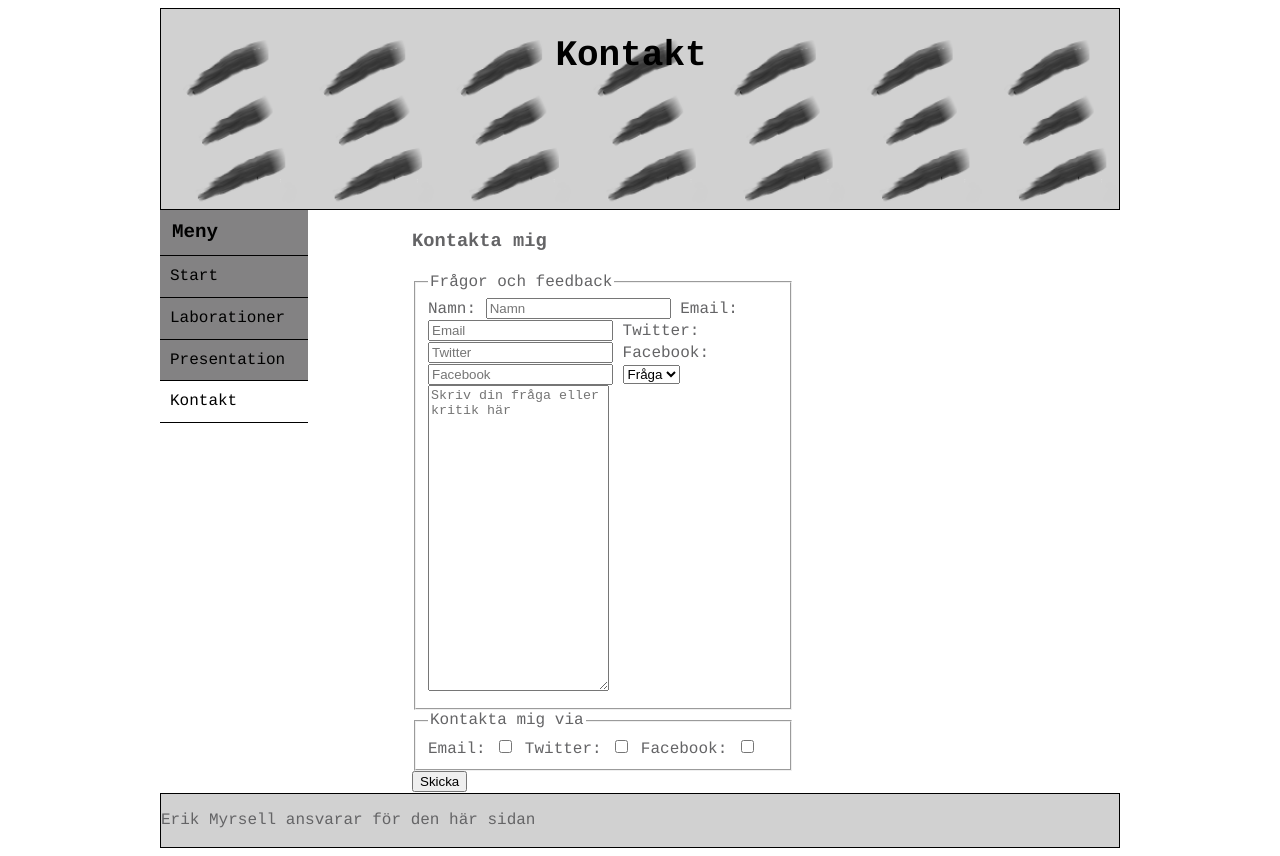
Repository: em222mt/1IK415_em222mt
Page: pages/kontakt.html
The author's editor kept a record of every edit. The page is drawn from the files as they stood at one moment, then again after the next edit.
The browser window is 1280 px wide. The pictures show the whole page.

Above is the page before.

### pages/kontakt.html
<!doctype html>
<html lang="sv">

<head>
     <meta charset="utf-8">
     <title>Kontakt</title>

     <link rel="stylesheet" href="../css/basic.css">
</head>

    <body>
        <div id="container">

            <div id="header">

            <h1 class="headertitle">Kontakt</h1>

            </div>

            <div id="navigation">

            <ul>
                <li>Meny</li>
                <li><a href="../index.html">Start</a></li>
                <li><a href="laborationer.html">Laborationer</a></li>
                <li><a href="presentation.html">Presentation</a></li>
                <li><a href="kontakt.html" class="active">Kontakt</a></li>
            </ul>

            </div>

            <div id="content">

            <div id="contact">

            <h3>Kontakta mig</h3>

            <!-- Formulär börjar här -->

            <form id="form" action="http://voyager.lnu.se/tekinet/kurser/dtt/wp_webbintro/form.php" method="post">
                <fieldset>
                    <legend id="formframe">Frågor och feedback</legend>

                        <label id="formname" for="namn">Namn:</label>
                        <input id="formname" placeholder="Namn" type="text" name="namn" id="namn" />

                        <label id="formemail"for="email">Email:</label>
                        <input id="formemail"placeholder="Email" type="text" name="email" id="email" />

                        <label id="formtwitter" for="twitter">Twitter:</label>
                        <input id="formtwitter"placeholder="Twitter" type="text" name="twitter" id="twitter" />

                        <label id="formfacebook" for="facebook">Facebook:</label>
                        <input id="formfacebook" placeholder="Facebook" type="text" name="facebook" id="facebook" />

                        <select id="formselector" name="fråga eller feedback">
                            <option value="Fråga" selected> Fråga </option>
                            <option value="Ris"> Ris </option>
                            <option value="Ros"> Ros </option>
                        </select>

                        <textarea id="formtext" for="textarea" cols="20" rows="20" placeholder="Skriv din fråga eller kritik här" type="text" name="textarea" id="textarea"></textarea>

               </fieldset>

               <fieldset>
                   <legend>Kontakta mig via</legend>

                        <label for="recepientemail">Email:</label>
                        <input type="checkbox" name="recepientemail" id="recepientemail" />
                        <label for="recepienttwitter">Twitter:</label>
                        <input type="checkbox" name="recepienttwitter" id="recepienttwitter" />
                        <label for="recepientfacebook">Facebook:</label>
                        <input type="checkbox" name="recepientfacebook" id="recepientfacebook" />

                </fieldset>

                <input id="formsubmit" type="submit" value="Skicka" />

            </form>

            </div>

            </div>

            <div id="footer">

                <p>Erik Myrsell ansvarar för den här sidan</p>

            </div>

        </div>

    </body>
</html>

### css/basic.css
/*
Background main: #FFFFFF
Background aside: #838283
Background header/footer: #D1D1D1
text-color: #646466
*/

/*Layout*/

a:link 	    { color: black; }
a:visited 	{ color: gray; }
a:focus 	{ color: #838283; }
a:hover	    { color: #6495ED; }
a:active 	{ color: #FFFFFF; }

/*Container*/

#container {
    max-width: 960px;
    overflow: auto;
    margin: 0 auto;
}

/*----------------------------------------*/

/*Header*/

#header {
    border-style: solid;
    border-width: 1px;
    width: 958px;
    background-color: #D1D1D1;
    background-image: url(../pics/Logo5.png);
    background-repeat: round;
    background-position: left;
    text-indent: 300px;
    height: 200px;
}

/*----------------------------------------*/

/*Navigation*/

#navigation {
    float: left;
    width: 148px;
    background-color: #838283;
}

#navigation ul {
    width: 148px;
    margin: 0; padding: 0;
}

#navigation li {
    list-style-type: none;
    border-bottom: 1px solid black;
    text-decoration: none;
}

#navigation li a {
    display: block;
    padding: 10px;
    background-color: #838283;
    color: black;
    text-decoration: none;
}

#navigation li a:hover {
    background-color: white;
    color: #51476F;
    text-decoration: none;
}

#navigation ul li .active {
    background-color: white;
    border-right: none;
}

#navigation ul li:firstchild {
    font-size: 1.2em;
    text-align: center;
    padding-bottom: 10px;
    padding-top: 10px;
}

#navigation > ul > li:nth-child(1){
    color: black;
    font-weight: bold;
    font-size: 1.2em;
    text-indent: 12px;
    padding-bottom: 10px;
    padding-top: 10px;
}

/*----------------------------------------*/

/*Content*/

#content {
    float: left;
    max-width: 808px;
    background-color: #FFFFFF;
    padding-right: 84px;
    padding-left: 84px;
}

#content, p {
    color: #646466;
    font-family: courier , serif;
    line-height: 130%;
    width: 640px;
}

/*----------------------------------------*/

/*Footer*/

#footer {
    border-style: solid;
    border-width: 1px;
    clear: both;
    max-width: 958px;
    background-color: #D1D1D1;
}

/*----------------------------------------*/

/*Storleksanpassat bild i inlägg 2*/
#gubbe {
    max-width: 450px;
}

/*fonts*/
h1, h2, h3, ul, ol, li, form {
    color: #646466;
    font-family: courier , serif;
    line-height: 130%;
    width: 640px;
}

/*----------------------------------------*/

/*Tabell på laboration.html*/

#content table tr td {
    width: 40%;
    border: 2px solid #838283;
    text-align: center;
    border-top-right-radius: 5px;
    border-bottom-right-radius: 5px;

}

#table th {
    border: 2px solid #838283;
    font-size: 1.03em;
    border-top-right-radius: 5px;
    border-bottom-right-radius: 5px;
}

tfoot {
    font-size: 1.03em;
}

/*----------------------------------------*/

/*Lagt till padding för att bulka upp index- och kontaktsidan.*/
#blogg {
    padding-right: 30px;
    padding-left: 30px;
}

#contact {
    padding-right: 20px;
    padding-left: 20px;
}

/*----------------------------------------*/

/*Anpassat headerns text*/

.headertitle {
    text-align: center;
    color: black;
    font-size: 2.25em;
}

/*----------------------------------------*/

/*Lagt till en bild vid blogginläggen*/

h3.entry {
    background-image: url(../pics/post.png);
    background-repeat: no-repeat;
    background-position: top left;
    text-indent: 35px;
}
.entrypic {
    float: right;
    width: 35%;
}

/*----------------------------------------*/
/*#form > fieldset:nth-child(1) {*/
/*    width: 350px;*/
/*}*/

/*#form > fieldset:nth-child(2) {*/
/*    width: 350px;*/
/*}*/

#form fieldset {
    width: 350px;
}

After the next edit:
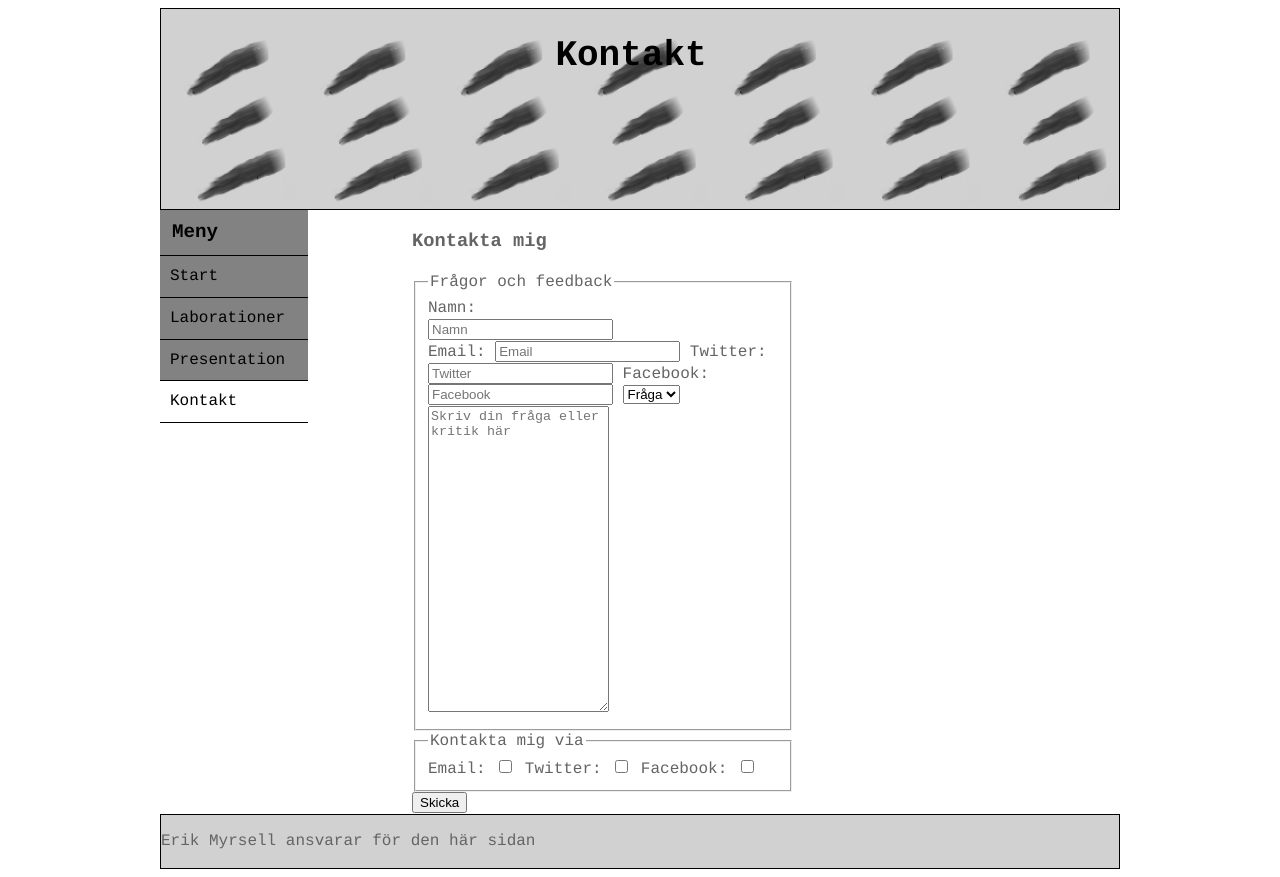
The edit:
--- a/pages/kontakt.html
+++ b/pages/kontakt.html
@@ -41,8 +41,8 @@
                 <fieldset>
                     <legend id="formframe">Frågor och feedback</legend>
 
-                        <label id="formname" for="namn">Namn:</label>
-                        <input id="formname" placeholder="Namn" type="text" name="namn" id="namn" />
+                        <label id="formname" for="namn">Namn:</label></br>
+                        <input id="formname" placeholder="Namn" type="text" name="namn" id="namn" /></br>
 
                         <label id="formemail"for="email">Email:</label>
                         <input id="formemail"placeholder="Email" type="text" name="email" id="email" />
